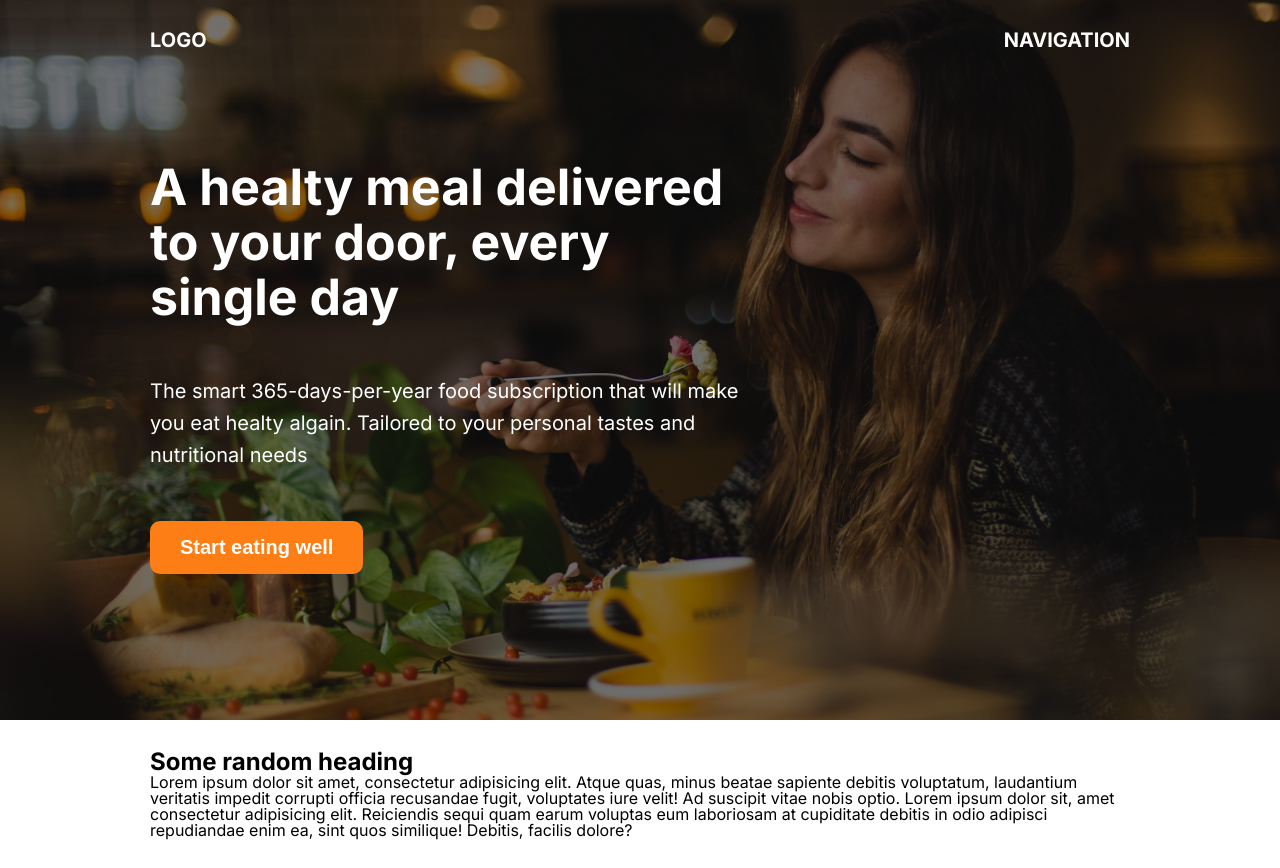
Repository: Ahmed123rezk123/06-Components
Page: hero.html
These files come from the project's save history. The page is drawn as it stood at one moment and after the next save; the edit follows.
The browser window is 1280 px wide. The pictures show the whole page.

Above is the page before, as saved 2024-09-18 09:25:45.

After the next save:
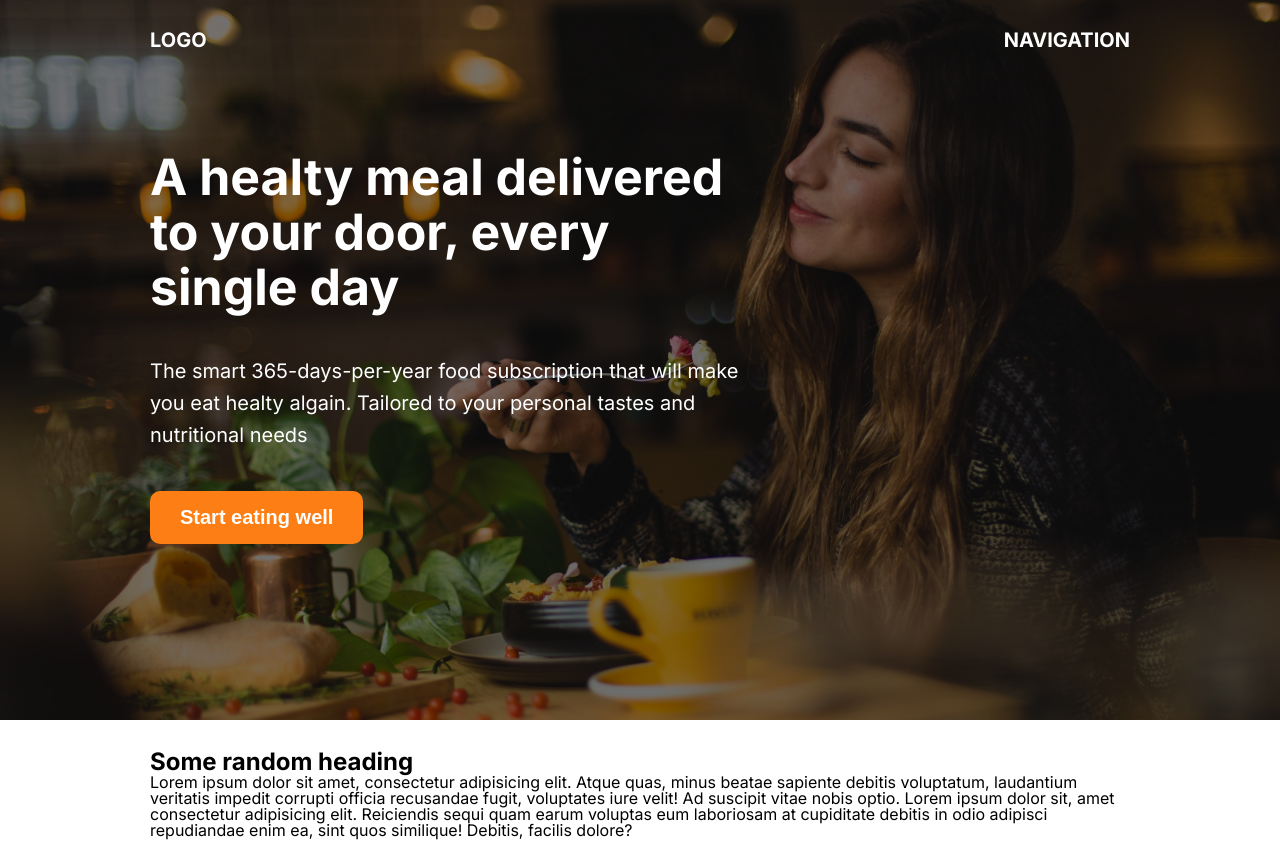
Saved 44 s later.
--- a/hero.html
+++ b/hero.html
@@ -55,7 +55,7 @@
       }
       .header-container {
         position: relative;
-        margin-top: 50px;
+        margin-top: 40px;
         max-width: 600px;
         color: #fff;
         z-index: 3;
@@ -63,12 +63,12 @@
       .header-container-inner h1 {
         font-size: 50px;
         line-height: 1.1;
-        margin-bottom: 50px;
+        margin-bottom: 40px;
       }
       .header-container-inner p {
         line-height: 1.6;
         font-size: 20px;
-        margin-bottom: 50px;
+        margin-bottom: 40px;
       }
       .btn {
         padding: 15px 30px;
